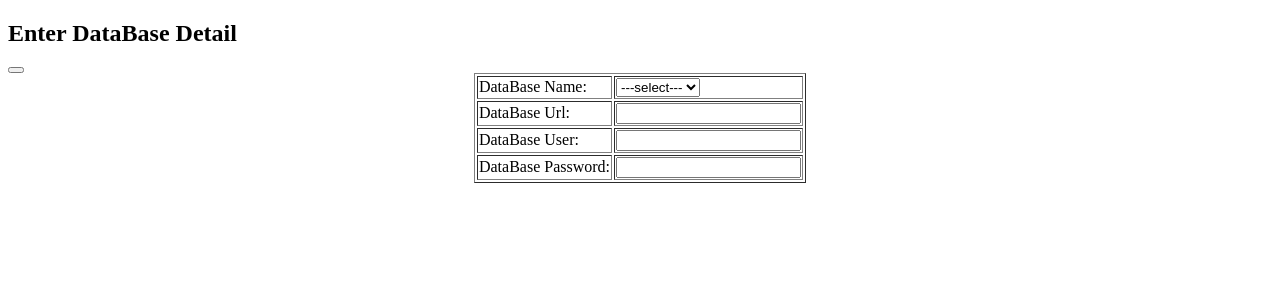
Repository: manish1905/MetaData_Details
Page: http://localhost/MetaData_Details/dbDetails
These files come from the project's save history. The page is drawn as it stood at one moment and after the next save; the edit follows.
The browser window is 1280 px wide. The pictures show the whole page.
The page is served by Tomcat 9.

Above is the page before, as saved 2018-12-21 08:59:29.

After the next save:
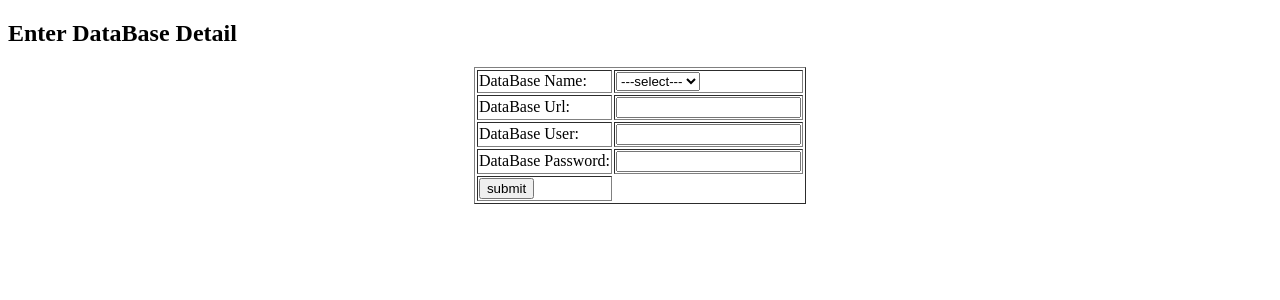
Saved 93 s later.
--- a/MetaData_Details/web/WEB-INF/jsps/dbDetail.jsp
+++ b/MetaData_Details/web/WEB-INF/jsps/dbDetail.jsp
@@ -34,7 +34,9 @@
 	<td>DataBase Password:</td>
 	<td><form:password path="password"/></td>
 	</tr>
-	<form:button label="submit"></form:button>
+	<tr>
+	<td><input type="submit" value="submit"/></td>
+	</tr>
 	</table>
 
 	</form:form>
